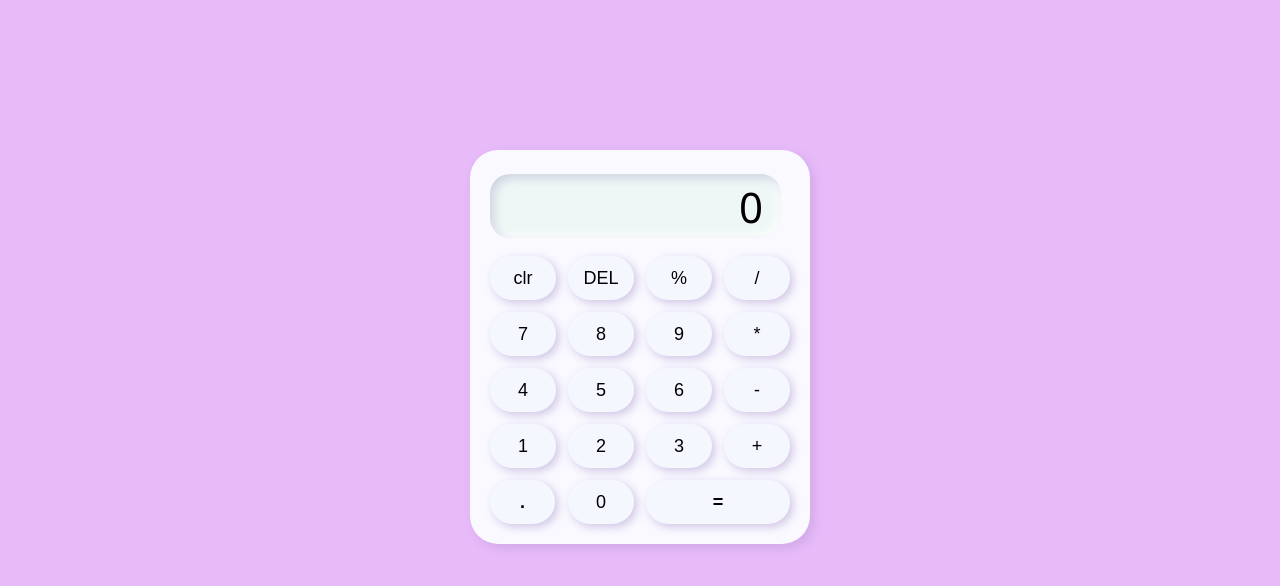
Repository: meti-guda/simple-calculator
Page: index.html
These files come from the project's save history. The page is drawn as it stood at one moment and after the next save; the edit follows.
The browser window is 1280 px wide. The pictures show the whole page.

Above is the page before, as saved 2025-12-11 12:59:49.

After the next save:
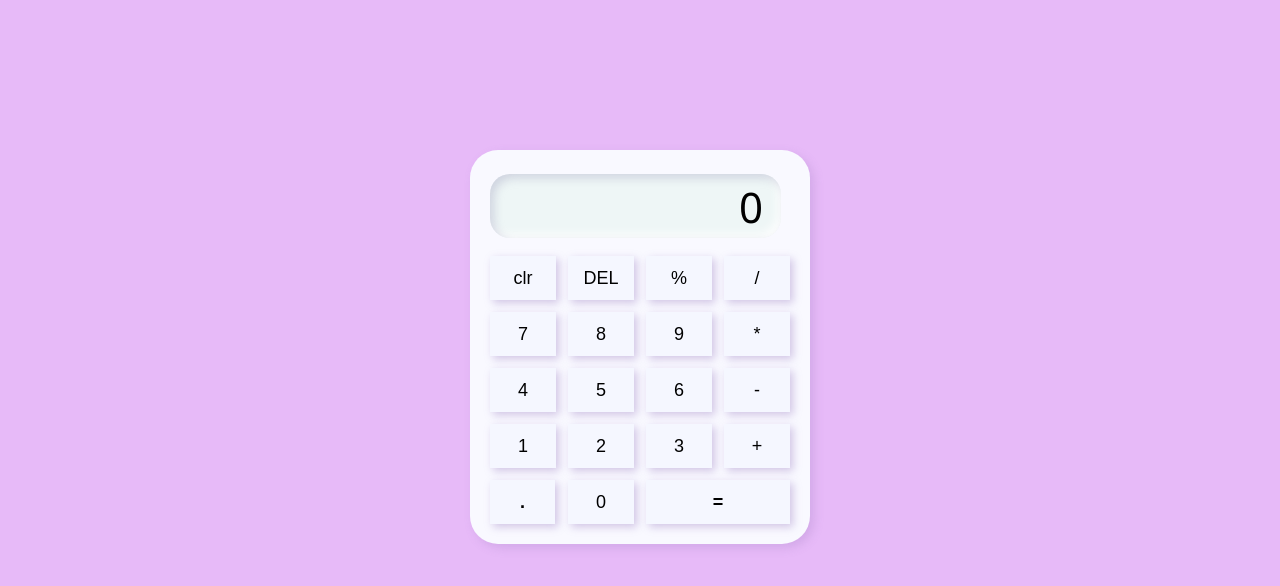
Saved 9 s later.
--- a/style.css
+++ b/style.css
@@ -52,7 +52,7 @@ body {
   border: none;
   outline: none;
   height: 44px;
-  border-radius: 11199px;
+
   background-color: #f5f7ff;
   box-shadow: 3px 3px 8px rgba(150, 121, 189, 0.4);
   color: #000;
